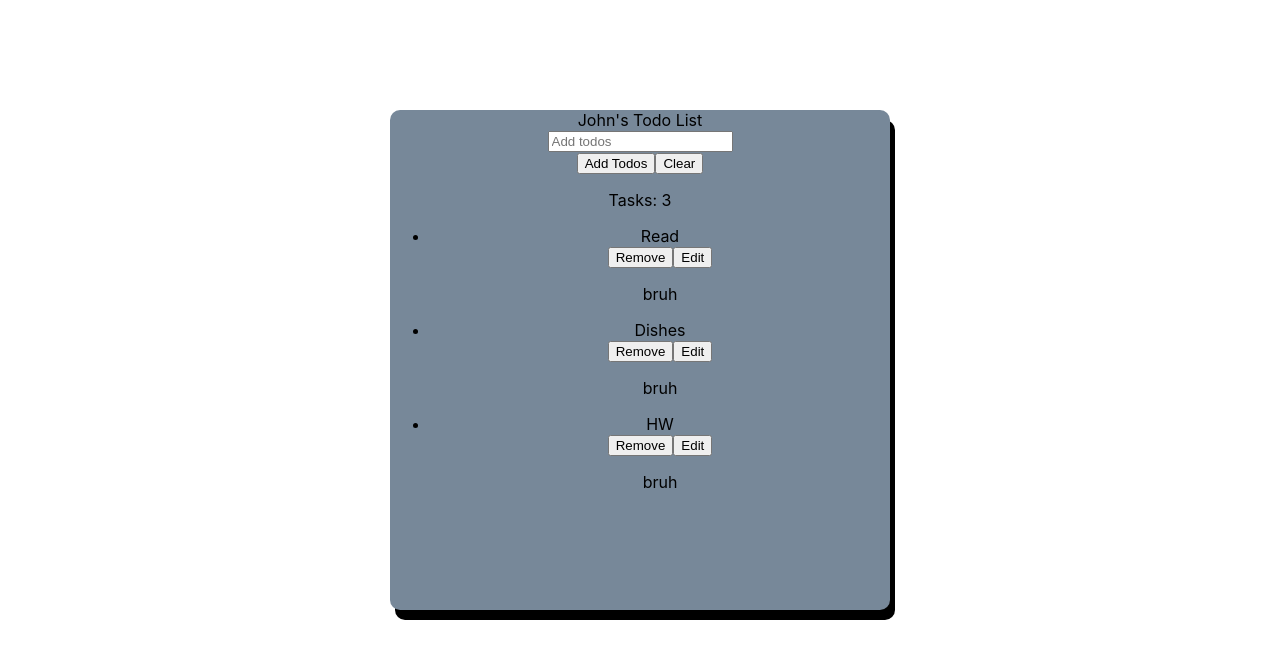
Repository: JohnKang0720/Simple-Todo-List
Page: /
These files come from the project's save history. The page is drawn as it stood at one moment and after the next save; the edit follows.
The browser window is 1280 px wide. The pictures show the whole page.
The project was rebuilt for these pictures with package versions that can differ from the ones it lists, and the page was loaded fresh each time.

Above is the page before, as saved 2021-05-27 18:41:01.

### src/App.js
import logo from './logo.svg';
import './App.css';
import TodoList from './TodoList'
import {taskContext} from './TodoList'
import React, {useContext, useState} from 'react'
import Todoform from './Todoform';


function App() {

  return (
    <TodoList >

    <div className="App">
     John's Todo List
   <Todoform />
    </div>
    </TodoList>

  );
}

export default App;

### src/App.css
.App {
  text-align: center;
}

.App-logo {
  height: 40vmin;
  pointer-events: none;
}

@media (prefers-reduced-motion: no-preference) {
  .App-logo {
    animation: App-logo-spin infinite 20s linear;
  }
}

.App-header {
  background-color: #282c34;
  min-height: 100vh;
  display: flex;
  flex-direction: column;
  align-items: center;
  justify-content: center;
  font-size: calc(10px + 2vmin);
  color: white;
}

.App-link {
  color: #61dafb;
}
body,html{
  width: 100%;
  height: 100%;
  display: flex;
  align-items: center;
  justify-content:center;
}
.App{
  background: lightslategray;
  width: 500px;
  height: 500px;
  position: relative;
  border-radius: 10px;
  box-shadow: 5px 10px;


}

@keyframes App-logo-spin {
  from {
    transform: rotate(0deg);
  }
  to {
    transform: rotate(360deg);
  }
}

### src/TodoList.js
import { DetectFacesTaskBase } from 'face-api.js'
import React, {useState, createContext} from 'react'
import Todoform from './Todoform'
import uuid from "uuid"

export const taskContext = createContext(null)
const TodoList = (props) => {

 const [input, setInput] = useState([
  {task: "Read", id: 0},
  {task: "Dishes", id: 1},
  {task: "HW", id: 2}
 ])

 function addTask(task){
setInput([...input, {task, id: 0 }  ])
 }
//  "task" along with the argument names the task off of e.target.value

function removeTask(id){
 setInput(input.filter(task => task.id !== id))
}
function clearTask(task){
   setInput([])
}

 return(
    <taskContext.Provider value = {{input, addTask, removeTask, clearTask}}>
    {props.children}
    </taskContext.Provider>
 )
}

export default TodoList

### src/Todoform.js
import React, {useContext, useState} from 'react'
import {taskContext} from './TodoList'
import List from './List'
import { DetectFacesTaskBase } from 'face-api.js'
function Todoform() {
    const {input, addTask, removeTask, clearTask} = useContext(taskContext)
    const [title, settitle] = useState('')
    const handleSubmit = (e) => {
      e.preventDefault();

      addTask(title)
      settitle('')
    }
    const handleChange = (e) => {

    settitle(e.target.value)


    }
    return (
        <div>
       <form onSubmit = {handleSubmit}>
           <input type = "text" placeholder = "Add todos" onChange = {handleChange} value = {title}/>
           <div>
           <button > Add Todos </button>
           <button onClick = {clearTask}> Clear </button>
           </div>
           <p> {`Tasks: ${input.length}`}</p>

       </form>

        <ul>

            {/* why does it have to be "input??" */}
            {input.map((task) => {
            return (

            <List task = {task} key = {task.id} remove = {removeTask} length = {input.length}/>


            )
            })}
        </ul>
        </div>
    )
}

export default Todoform

### src/List.js
import React, { useContext } from 'react'

function List({task, remove, length}) {


    return (
        <div>
        <li>
            <span> {task.task}</span>
            <div>
                <button onClick = {() => remove(task.id)}> Remove </button>
                <button> Edit </button>
            </div>
        </li>
      <p> {length < 3 ? "No Tasks" : "bruh"} </p>
        </div>


    )
}

export default List

Loaded but not shown: public/index.html (common file); src/index.js (common file); src/index.css (common file); src/reportWebVitals.js (common file)

After the next save:
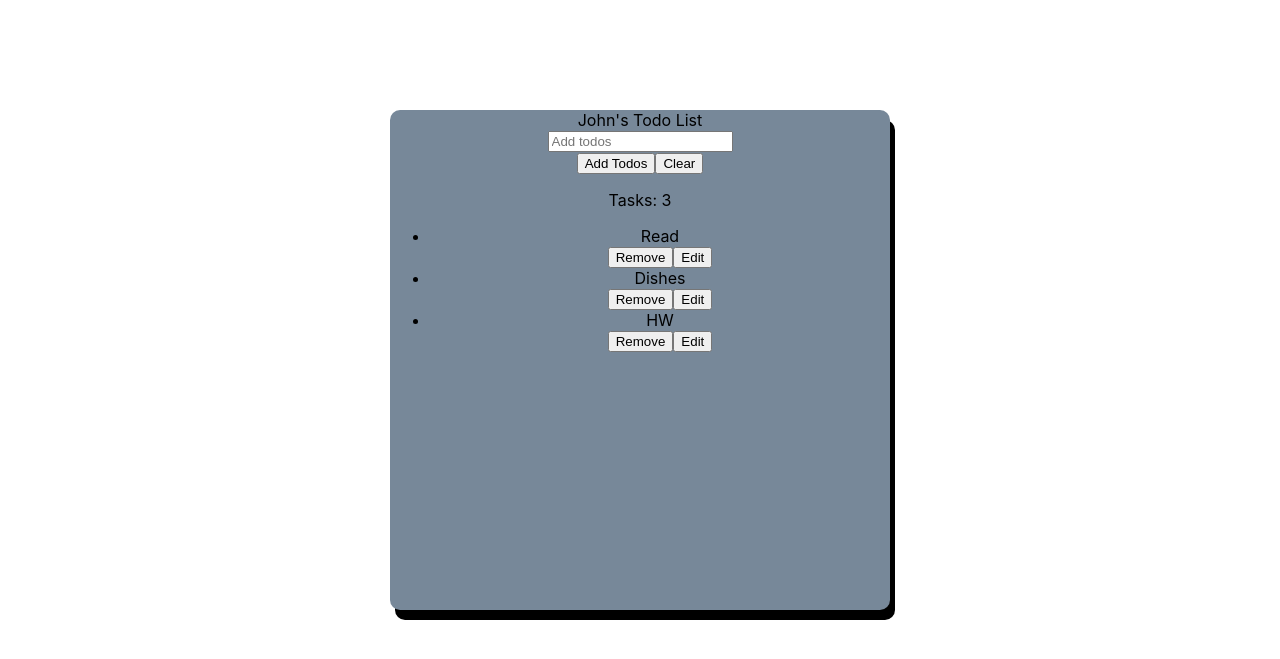
Saved 24 s later.
--- a/src/List.js
+++ b/src/List.js
@@ -12,7 +12,8 @@ function List({task, remove, length}) {
                 <button> Edit </button>
             </div>
         </li>
-      <p> {length < 3 ? "No Tasks" : "bruh"} </p>
+
+
         </div>
 
 
